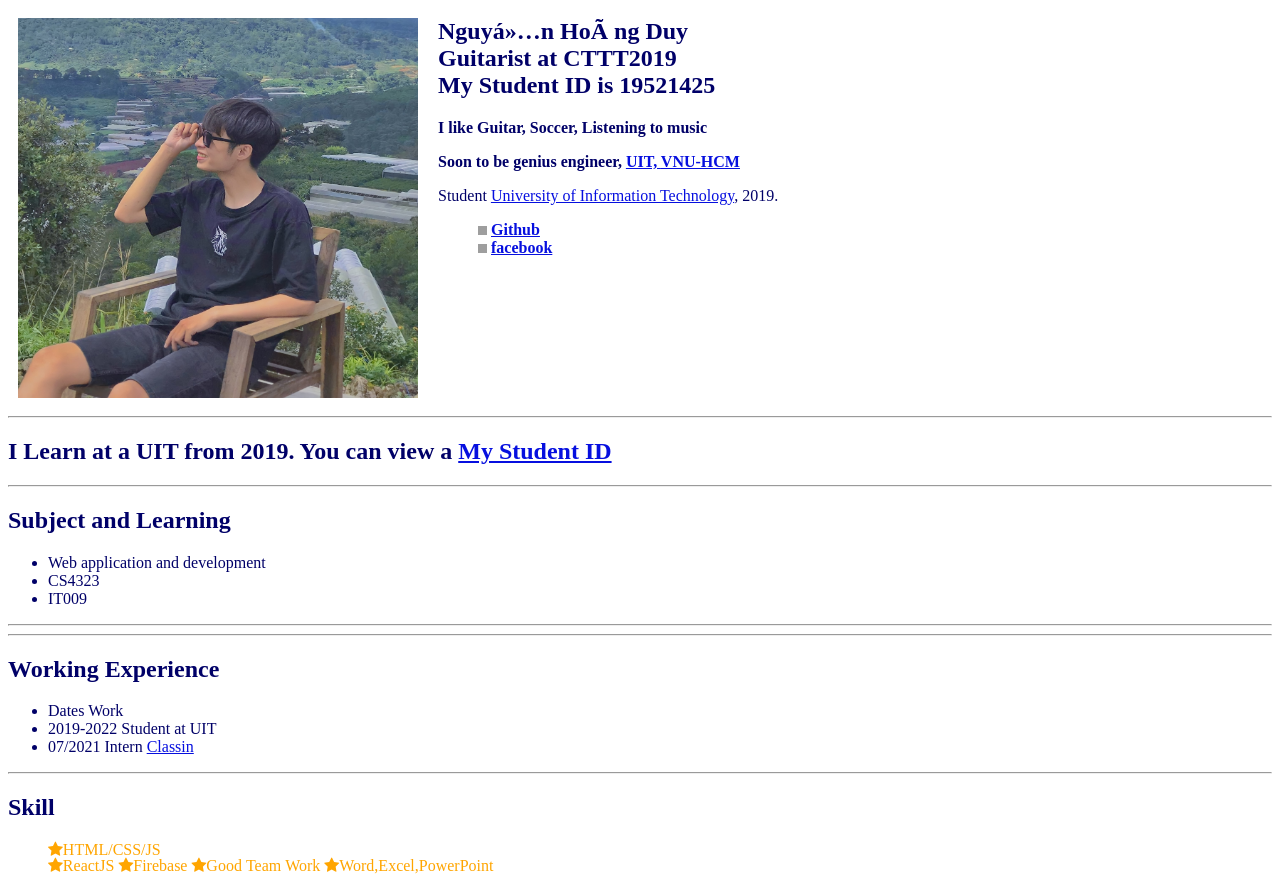
Repository: HoangDuy315/web-dev2022
Page: ex2.html
An editor plug-in stored every save of this project. The page is shown before and after the next save, followed by the edit.
The browser window is 1280 px wide. The pictures show the whole page.
Pictures or frames that could not be fetched are drawn as grey boxes.

Above is the page before, as saved 2022-09-22 15:14:39.

### ex2.html
<html>
    <head>
        <title>GnahYuD</title>
        <link rel="SHORTCUT ICON" href="images/cormen-tiny.jpg">
        <script charset="utf-8" src="https://platform.twitter.com/js/button.c6c95b9789db97ea1e9742d215fff751.js"></script>
        <link rel="stylesheet" href="ex2.css">
        <link rel="stylesheet" href="https://cdnjs.cloudflare.com/ajax/libs/font-awesome/4.7.0/css/font-awesome.min.css">
    </head>
<body text="#000068" link="#060FDF" vlink="#060FDF" alink="#DC24C5">

<!-- <TABLE CELLPADDING="10" CELLSPACING="0" WIDTH="475"> -->
<table cellpadding="10" cellspacing="0">
<tbody><tr valign="TOP">

<td valign="TOP" width="151">

<img class="duy" src="./123.JPG"><p>

</p></td>

<td valign="TOP">

<h2>Nguyễn Hoàng Duy<br>
Guitarist at CTTT2019<br>
My Student ID is 19521425
</h2>

<p>
<strong>I like  Guitar, Soccer, Listening to music</strong>
</p>

<p><strong>Soon to be genius engineer,
<a href="https://www.uit.edu.vn/">UIT, <a href="https://vnuhcm.edu.vn/">VNU-HCM</a></a>
</strong> </p>

<p>

Student <a href="https://www.uit.edu.vn/">University of Information Technology</a>, 2019.</p><p>

</p><dd>
<b>
<img src="images/yellowsq.gif" alt="*" width="9" height="9">
  <a href="https://github.com/HoangDuy315">Github</a><br>
<img src="images/yellowsq.gif" alt="*" width="9" height="9">
     <a href="https://www.facebook.com/profile.php?id=100007746304417">facebook</a>
</b>


</dd></td>
</tr>
</tbody></table>




<hr>

<h2>I Learn at a UIT from 2019.  You can view a <a href="https://student.uit.edu.vn/">My Student ID</a></h2>

<hr>
    <h2>Subject and Learning</h2>
    <ul>
        <li>Web application and development</li>
        <li>CS4323</li>
        <li>IT009</li>
    </ul>

<hr>

<hr>
    <h2>Working Experience</h2>
    <ul>
        <li>Dates Work</li>
        <li>2019-2022 Student at UIT</li>
        <li>07/2021 Intern  <a href="https://www.classin.com/">Classin</a></li>
    </ul>
</hr>

<hr>
    <h2>Skill</h2>
    <ul>
        <li class="fa fa-star checked">HTML/CSS/JS</li><br>
        <li class="fa fa-star checked">ReactJS</li>
        <li class="fa fa-star checked">Firebase</li>
        <li class="fa fa-star checked">Good Team Work</li>
        <li class="fa fa-star checked">Word,Excel,PowerPoint</li>
    </ul>
</hr>

</script>

</body></html>

### ex2.css


.duy {
    color: blue;
    height: 380px;
    width: 400px;
}

.checked {
    color: orange;
}

After the next save:
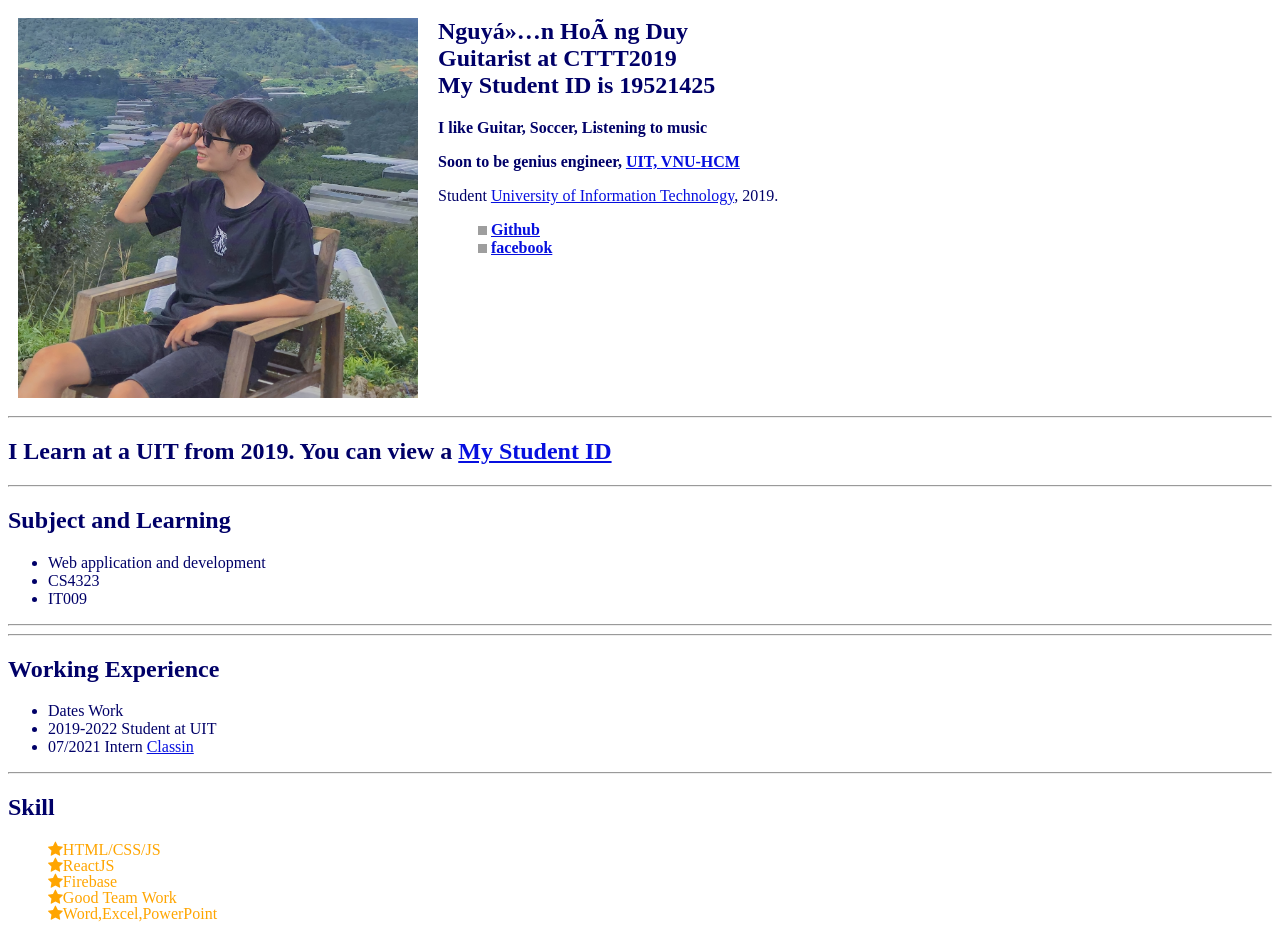
Saved 9 s later.
--- a/ex2.html
+++ b/ex2.html
@@ -80,9 +80,9 @@ Student <a href="https://www.uit.edu.vn/">University of Information Technology</
     <h2>Skill</h2>
     <ul>
         <li class="fa fa-star checked">HTML/CSS/JS</li><br>
-        <li class="fa fa-star checked">ReactJS</li>
-        <li class="fa fa-star checked">Firebase</li>
-        <li class="fa fa-star checked">Good Team Work</li>
+        <li class="fa fa-star checked">ReactJS</li><br>
+        <li class="fa fa-star checked">Firebase</li><br>
+        <li class="fa fa-star checked">Good Team Work</li><br>
         <li class="fa fa-star checked">Word,Excel,PowerPoint</li>
     </ul>
 </hr>
